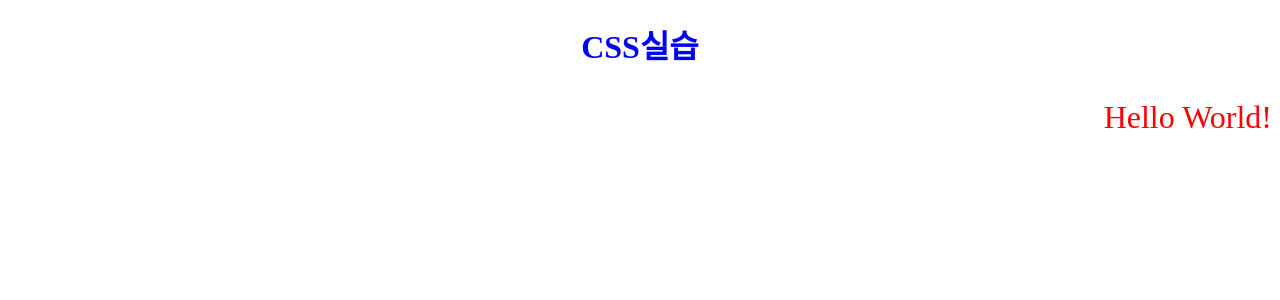
Repository: ashojm/WebWork
Page: Web/first.html
The author's editor kept a copy of each file at every save. The page is drawn from the files as they stood at one save, then again after the next save.
The browser window is 1280 px wide. The pictures show the whole page.

Above is the page before, as saved 2015-11-12 15:56:07.

### Web/first.html
<!DOCTYPE html>
<html>
	<head>
		<meta charset="UTF-8">
		<style>
			p {color:red;font-size:200%;text-align:right;mark:blue}
			h1{color:blue;text-align:center}
		</style>
		<title>제목입니다.</title>
	</head>
	<body>
		<h1>CSS실습</h1>
		<p>
			Hello World!
		</p>

	</body>
</html>

After the next save:
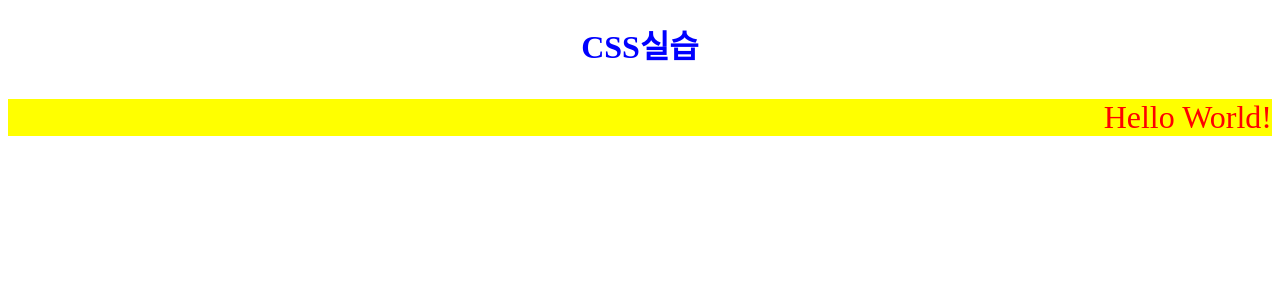
Saved 26 s later.
--- a/Web/first.html
+++ b/Web/first.html
@@ -3,7 +3,7 @@
 	<head>
 		<meta charset="UTF-8">
 		<style>
-			p {color:red;font-size:200%;text-align:right;mark:blue}
+			p {color:red;font-size:200%;text-align:right;background-color:yellow}
 			h1{color:blue;text-align:center}
 		</style>
 		<title>제목입니다.</title>

After the 2 saves that followed:
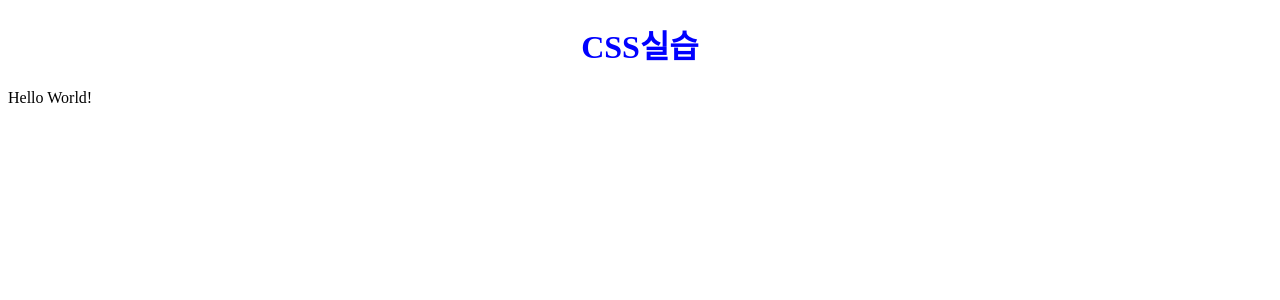
The 2 saves are shown as one change because 1 left the picture as it was.
The last was saved 3 min 24 s later.
--- a/Web/first.html
+++ b/Web/first.html
@@ -2,8 +2,8 @@
 <html>
 	<head>
 		<meta charset="UTF-8">
+		<link rel="./css/base.css"/>
 		<style>
-			p {color:red;font-size:200%;text-align:right;background-color:yellow}
 			h1{color:blue;text-align:center}
 		</style>
 		<title>제목입니다.</title>
